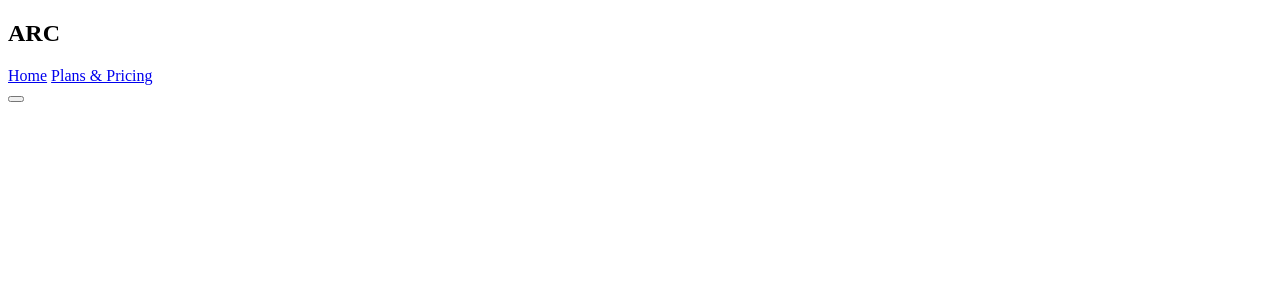
Repository: batmikun/Courses
Page: Front-End/SPA NATIVE JS/src/index.html
These files come from the project's save history. The page is drawn as it stood at one moment and after the next save; the edit follows.
The browser window is 1280 px wide. The pictures show the whole page.

Above is the page before, as saved 2021-11-20 17:39:58.

After the next save:
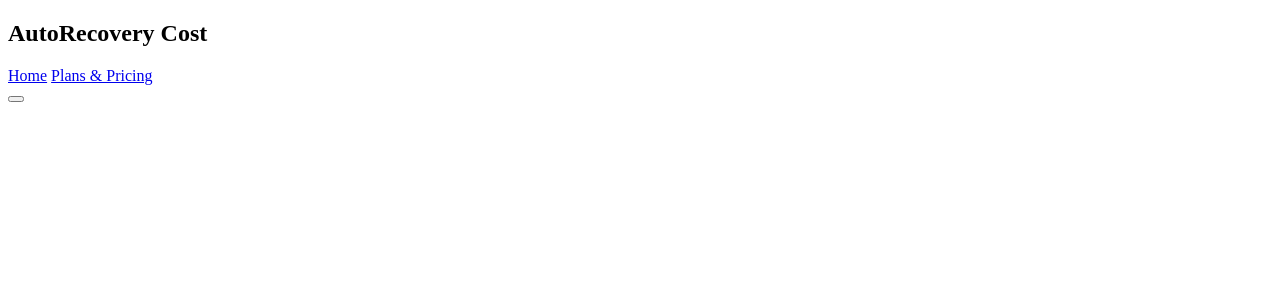
Saved 6 s later.
--- a/Front-End/SPA NATIVE JS/src/index.html
+++ b/Front-End/SPA NATIVE JS/src/index.html
@@ -9,7 +9,7 @@
     <body>
         <nav>
             <div class="container"></div>
-                <h1>ARC</h1>
+                <h1>AutoRecovery Cost</h1>
 
                 <div class="menu">
                     <a id="" href="#" class="is-active">Home</a>
